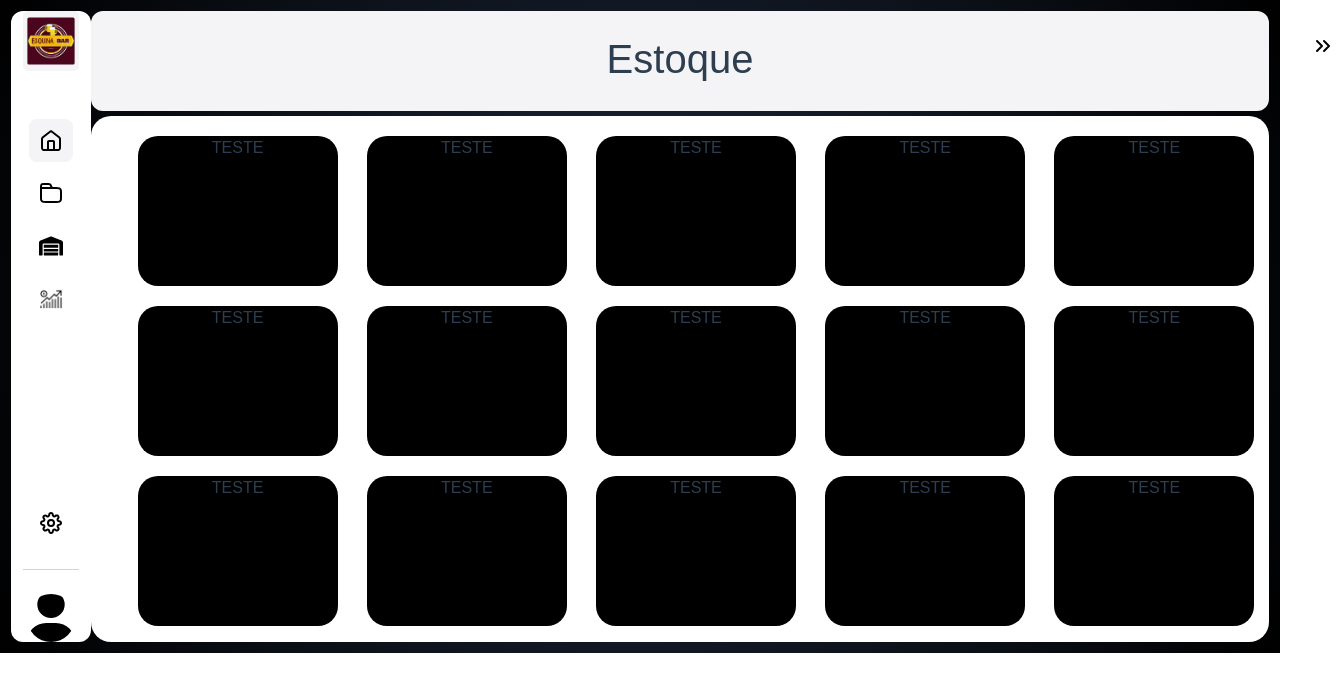
Repository: jazaoo13/Projeto_Oficina_Integracao
Page: / (app in Aplicacao_vue/)
The author's editor kept a copy of each file at every save. The page is drawn from the files as they stood at one save, then again after the next save.
The browser window is 1280 px wide. The page is 1343 px wide, so the pictures cover 1343 px, including what lies to the right of the window. The pictures show the whole page.
The page's requests for data from a server got no answer. The project was rebuilt for these pictures with package versions that can differ from the ones it lists, and the page was loaded fresh each time. No one was signed in, and anything a server would have sent is missing. Also part of the build but not shown: Aplicacao_vue/vue.config.js, Aplicacao_vue/src/View/jazao.vue.

Above is the page before, as saved 2023-11-19 17:39:57.

After the next save:
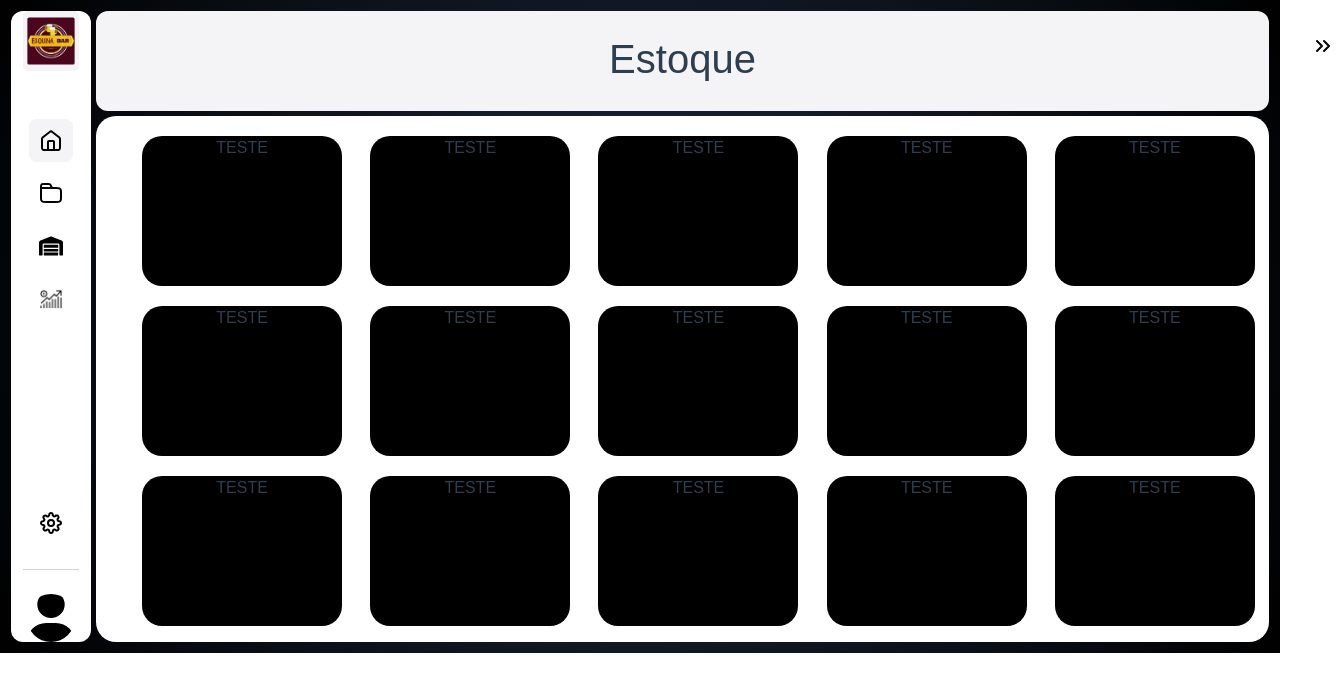
Saved 2 min 15 s later.
--- a/Aplicacao_vue/src/View/Home.vue
+++ b/Aplicacao_vue/src/View/Home.vue
@@ -70,5 +70,6 @@ export default {
 .content-container {
   display: flex;
   flex-direction: column;
+  padding-left: 5px;
 }
 </style>
